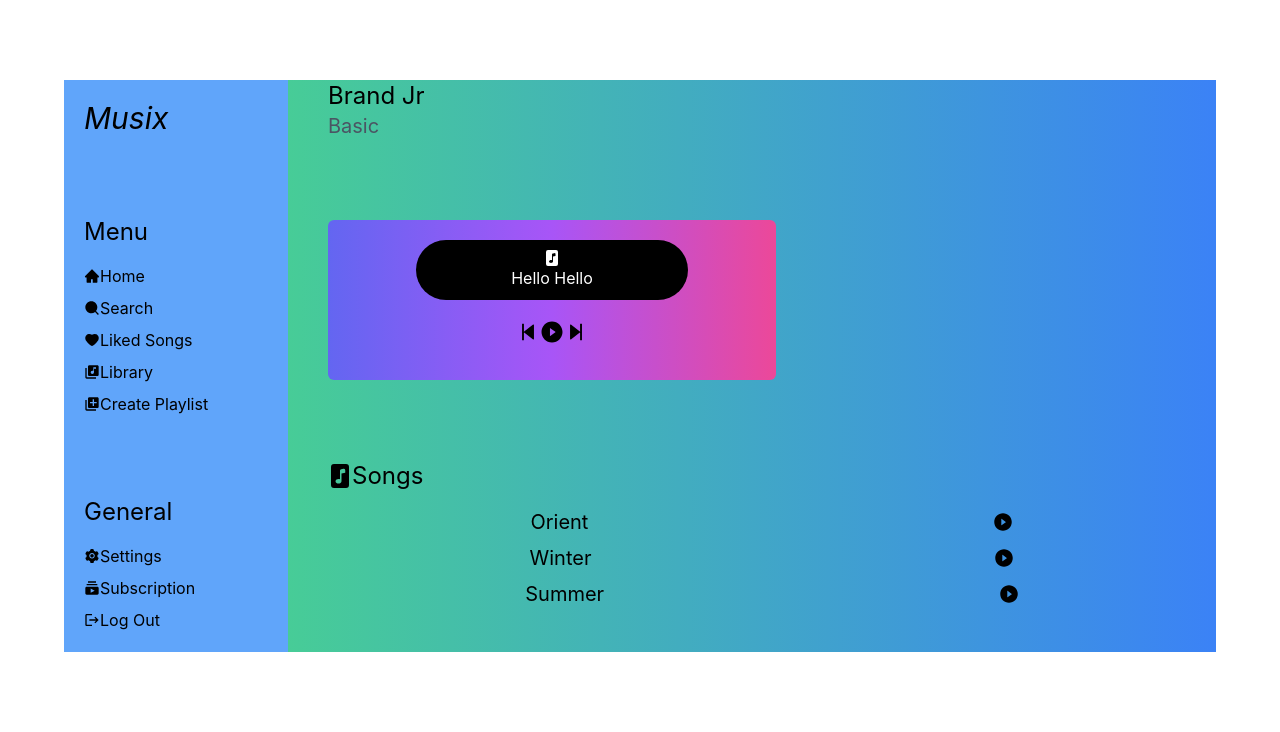
Repository: brandford7/music-player
Page: /
The author's editor kept a copy of each file at every save. The page is drawn from the files as they stood at one save, then again after the next save.
The browser window is 1280 px wide. The pictures show the whole page.
The project was rebuilt for these pictures with package versions that can differ from the ones it lists, and the page was loaded fresh each time. The framework's server and built-in components were replaced by stand-ins that run in the browser. Also part of the build but not shown: next.config.js.

Above is the page before, as saved 2022-11-18 13:06:02.

### pages/index.js
import Head from "next/head";
import Image from "next/image";
import { MusicCard, Sidebar, SongList, UserAvatar } from "../components";

export default function Home() {
  return (
    <div className="flex mx-auto max-w-6xl my-20 space-x-10 bg-gradient-to-r from-green-400 to-blue-500">
      <Head>
        <title>Music Player</title>
        <meta name="description" content="Generated by create next app" />
        <link rel="icon" href="/favicon.ico" />
      </Head>
      <aside>
        <Sidebar />
      </aside>
      <main className="flex flex-col flex-1 space-y-20">
        <UserAvatar name="Brand Jr" subscription="Basic" />
        <MusicCard title="Hello Hello" />
        <SongList />
      </main>
    </div>
  );
}

### styles/globals.css
@tailwind base;
@tailwind components;
@tailwind utilities;



html,
body {
  padding: 0;
  margin: 0;
  font-family: -apple-system, BlinkMacSystemFont, Segoe UI, Roboto, Oxygen,
    Ubuntu, Cantarell, Fira Sans, Droid Sans, Helvetica Neue, sans-serif;
}

a {
  color: inherit;
  text-decoration: none;
}

* {
  box-sizing: border-box;
}

@media (prefers-color-scheme: dark) {
  html {
    color-scheme: dark;
  }
  body {
    color: white;
    background: black;
  }
}

### components/index.js
export { default as Sidebar } from './Sidebar';
export { default as UserAvatar } from './UserAvatar';
export { default as MusicCard } from './MusicCard';
export { default as MusicButton } from './MusicButton';
export { default as SongList } from './SongList';

### components/Sidebar.jsx
import React from "react";
import { AiFillHome, AiFillHeart, AiFillSetting } from "react-icons/ai";
import {
  MdLibraryMusic,
  MdLibraryAdd,
  MdLogout,
  MdSubscriptions,
} from "react-icons/md";
import { RiSearchFill } from "react-icons/ri";

const Sidebar = () => {
  return (
    <div className="flex flex-col space-y-20 bg-blue-400 p-5  w-56">
      <section>
        <h1 className="text-3xl italic">Musix</h1>
      </section>
      <section>
        <h2 className="mb-4 text-2xl">Menu</h2>
        <ul className="space-y-2">
          <li className="flex items-center ">
            <AiFillHome />
            Home
          </li>
          <li className="flex items-center ">
            <RiSearchFill />
            Search
          </li>
          <li className="flex items-center ">
            <AiFillHeart />
            Liked Songs
          </li>
          <li className="flex items-center ">
            <MdLibraryMusic />
            Library
          </li>
          <li className="flex items-center ">
            <MdLibraryAdd />
            Create Playlist
          </li>
        </ul>
      </section>
      <section>
        <h2 className="mb-4 text-2xl">General</h2>
        <ul className="space-y-2">
          <li className="flex items-center ">
            <AiFillSetting />
            Settings
          </li>
          <li className="flex items-center ">
            <MdSubscriptions />
            Subscription
          </li>
          <li className="flex items-center ">
            <MdLogout />
            Log Out
          </li>
        </ul>
      </section>
    </div>
  );
};

export default Sidebar;

### components/UserAvatar.jsx
import React from "react";

const UserAvatar = ({ image, name, subscription }) => {
  return (
    <div className="flex flex-col">
      <img src={image} alt="" />
      <h2 className="text-2xl">{name}</h2>
      <p className="text-gray-600 text-xl"> {subscription}</p>
    </div>
  );
};

export default UserAvatar;

### components/MusicCard.jsx
import React from "react";
import { BsFillFileMusicFill } from "react-icons/bs";
import MusicButton from "./MusicButton";
import {
  AiFillPlayCircle,
  AiFillStepBackward,
  AiFillStepForward,
} from "react-icons/ai";

const MusicCard = ({ title }) => {
  return (
    <div className=" flex flex-col items-center space-y-5 p-5 max-w-md rounded-md h-40 w-4/5 bg-gradient-to-r from-indigo-500 via-purple-500 to-pink-500">
      <section className="flex flex-col items-center justify-center rounded-full h-2/4 w-2/3 bg-black text-white">
       < BsFillFileMusicFill/>
              {title}
      </section>
      <section className="flex items-center justify-center text-2xl">
        <MusicButton icon={<AiFillStepBackward />} />
        <MusicButton icon={<AiFillPlayCircle />} />
        <MusicButton icon={<AiFillStepForward />} />
      </section>
    </div>
  );
};

export default MusicCard;

### components/MusicButton.jsx
import React from 'react'

const MusicButton = ({icon}) => {
  return (
      <div>{icon}</div>
  )
}

export default MusicButton

### components/SongList.jsx
import React from "react";
import { BsFillFileMusicFill } from "react-icons/bs";
import { AiFillPlayCircle } from "react-icons/ai";
import MusicButton from "./MusicButton";

const SongList = () => {
  return (
    <div>
      <h1 className="flex items-center space-x-5 text-2xl mb-4">
        <BsFillFileMusicFill />
        Songs
      </h1>
      <section>
        <ul className="flex flex-col text-xl space-y-2">
          <li className="flex items-center justify-around ">
            Orient <MusicButton icon={<AiFillPlayCircle />} />
          </li>
          <li className="flex items-center justify-around ">
            Winter <MusicButton icon={<AiFillPlayCircle />} />
          </li>
          <li className="flex items-center justify-around ">
            Summer <MusicButton icon={<AiFillPlayCircle />} />
          </li>
        </ul>
      </section>
    </div>
  );
};

export default SongList;

Loaded but not shown: pages/_app.js (common file); tailwind.config.js (common file)

After the next save:
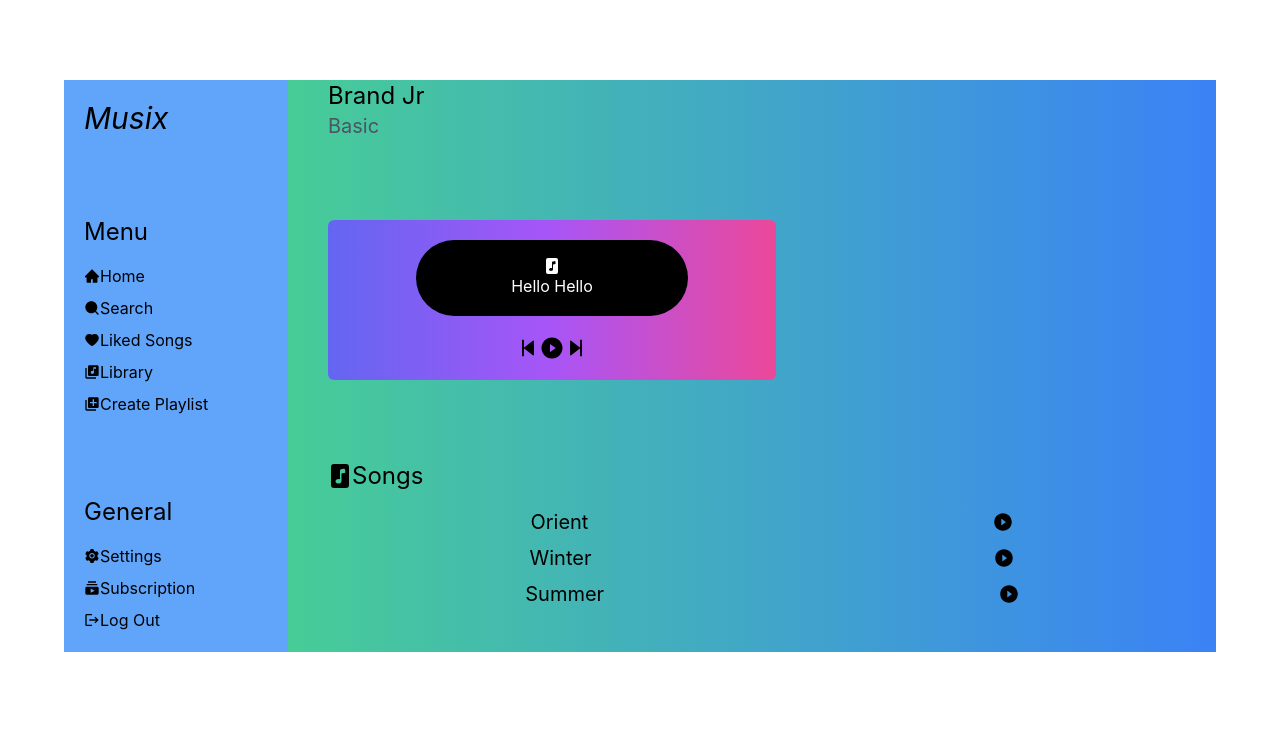
Saved 18 s later.
--- a/components/MusicCard.jsx
+++ b/components/MusicCard.jsx
@@ -10,7 +10,7 @@ import {
 const MusicCard = ({ title }) => {
   return (
     <div className=" flex flex-col items-center space-y-5 p-5 max-w-md rounded-md h-40 w-4/5 bg-gradient-to-r from-indigo-500 via-purple-500 to-pink-500">
-      <section className="flex flex-col items-center justify-center rounded-full h-2/4 w-2/3 bg-black text-white">
+      <section className="flex flex-col items-center justify-center rounded-full h-3/4 w-2/3 bg-black text-white">
        < BsFillFileMusicFill/>
               {title}
       </section>
